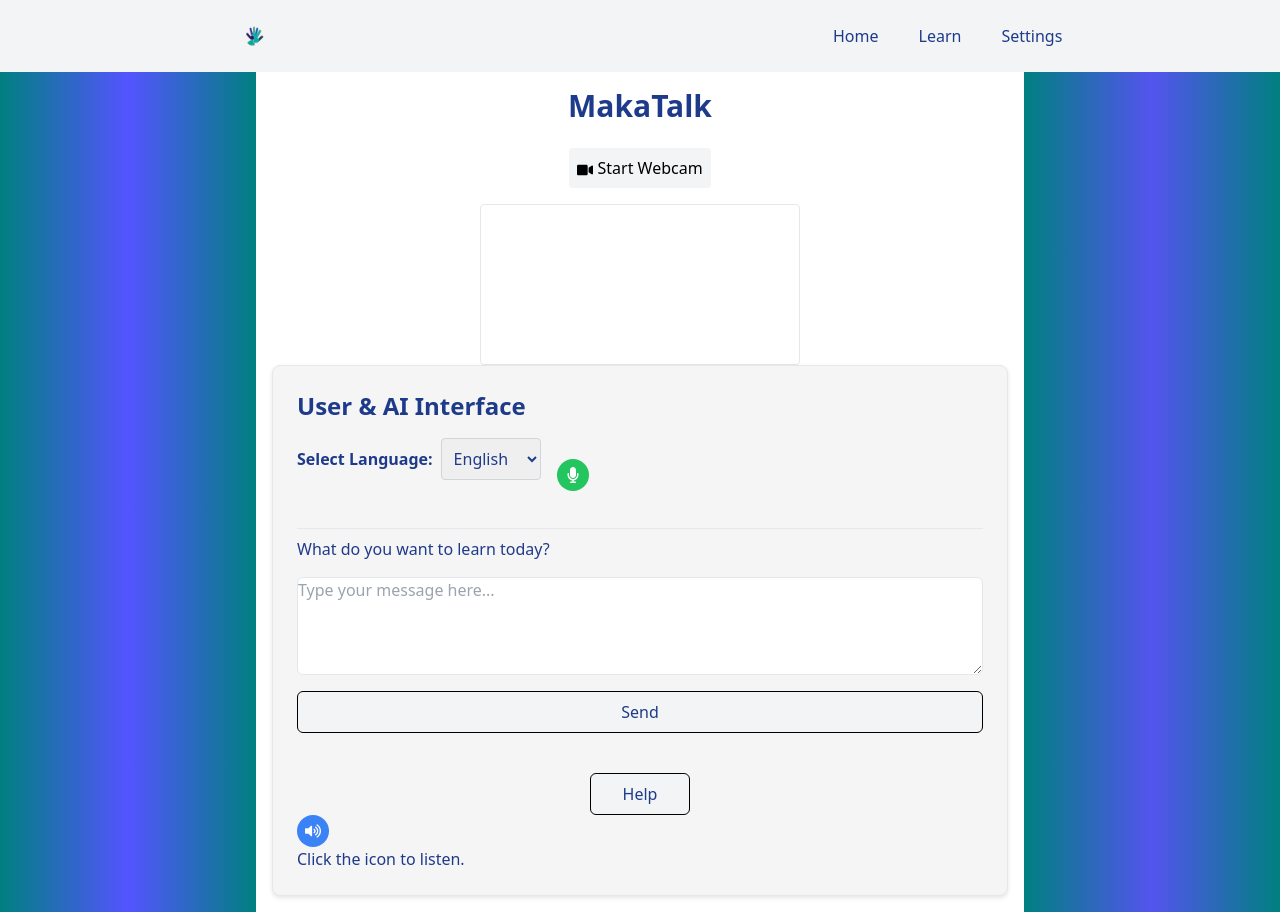
Repository: maria2469/MakaTalk
Page: /learn
These files come from the project's save history. The page is drawn as it stood at one moment and after the next save; the edit follows.
The browser window is 1280 px wide. The pictures show the whole page.
The page's requests for data from a server got no answer. The project was rebuilt for these pictures with package versions that can differ from the ones it lists, and the page was loaded fresh each time. No one was signed in, and anything a server would have sent is missing. Also part of the build but not shown: vite.config.js, src/components/LandingPage/Landing.jsx.

Above is the page before, as saved 2024-10-10 14:36:00.

After the next save:
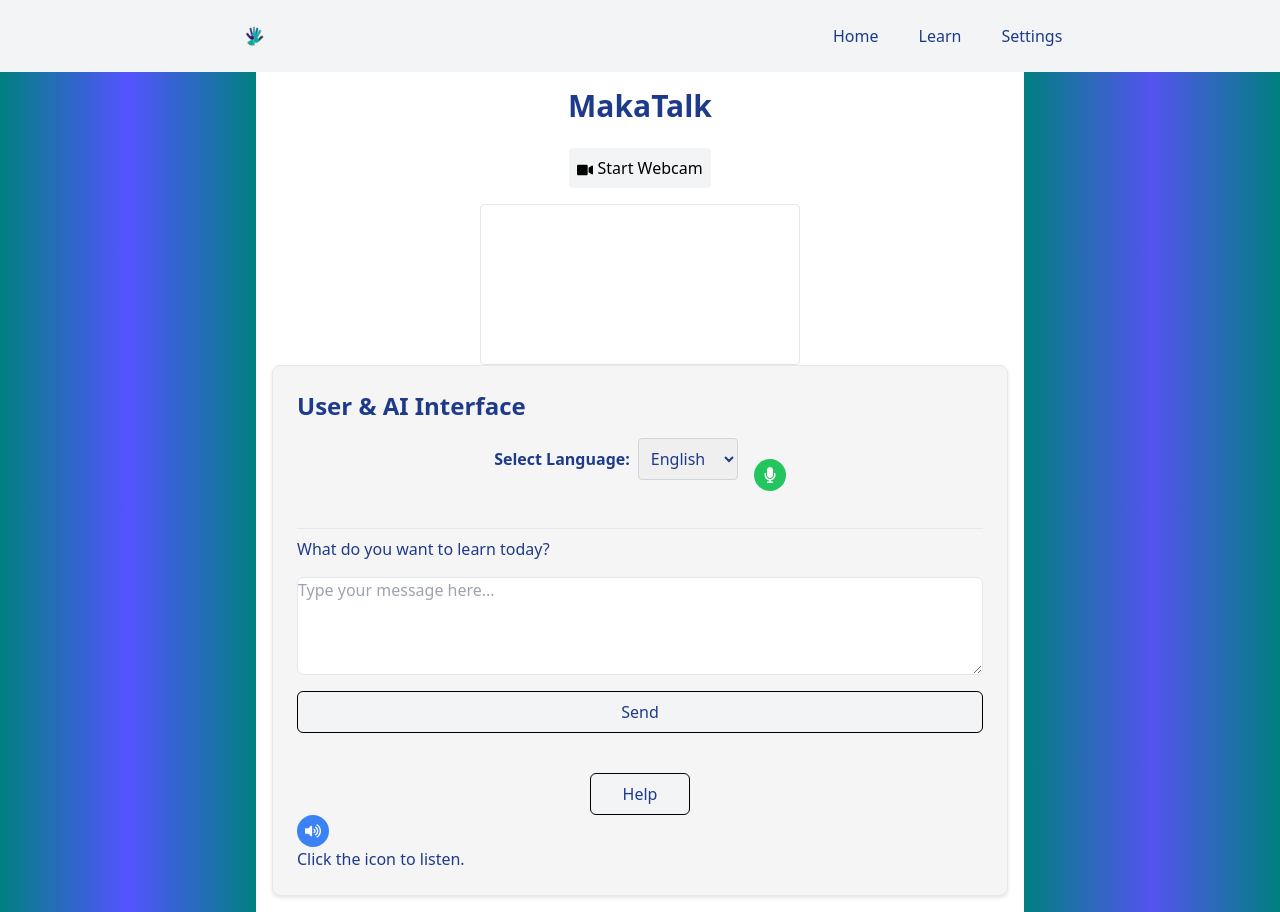
Saved 118 s later.
--- a/src/components/Learn/Learn.jsx
+++ b/src/components/Learn/Learn.jsx
@@ -78,10 +78,11 @@ const Learn = () => {
                         <h2 className="text-2xl font-bold mb-4">User & AI Interface</h2>
 
                         {/* Language dropdown and speech recognition button */}
-                        <div className="language-and-speech flex items-center mb-4">
+                        <div className="flex items-center justify-center mb-4 space-x-4">
                             <LanguageDropdown
                                 selectedLanguage={selectedLanguage}
                                 onLanguageChange={handleLanguageChange}
+                                className="w-1/3" // Adjust the width as needed
                             />
                             {/* VoiceToVoiceButton replaces the TextToSpeechButton */}
                             <VoiceToVoiceButton
